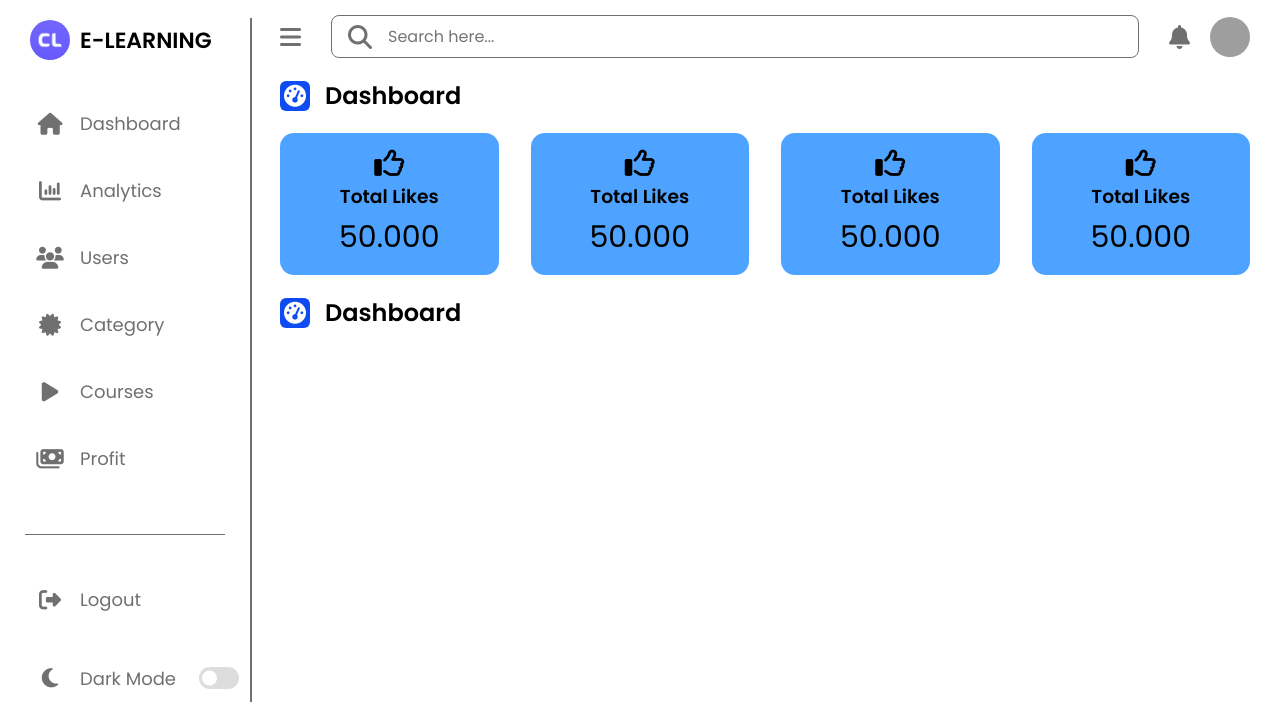
Repository: phamngocthang/practice-html-css
Page: Admin/dist/index.html
The author's editor kept a copy of each file at every save. The page is drawn from the files as they stood at one save, then again after the next save.
The browser window is 1280 px wide. The pictures show the whole page.
Pictures or frames that could not be fetched are drawn as grey boxes. The style sheet was rebuilt from its Sass, Less or Tailwind sources for each picture, by a compiler version that may differ from the author's.

Above is the page before, as saved 2023-10-25 14:10:55.

After the next save:
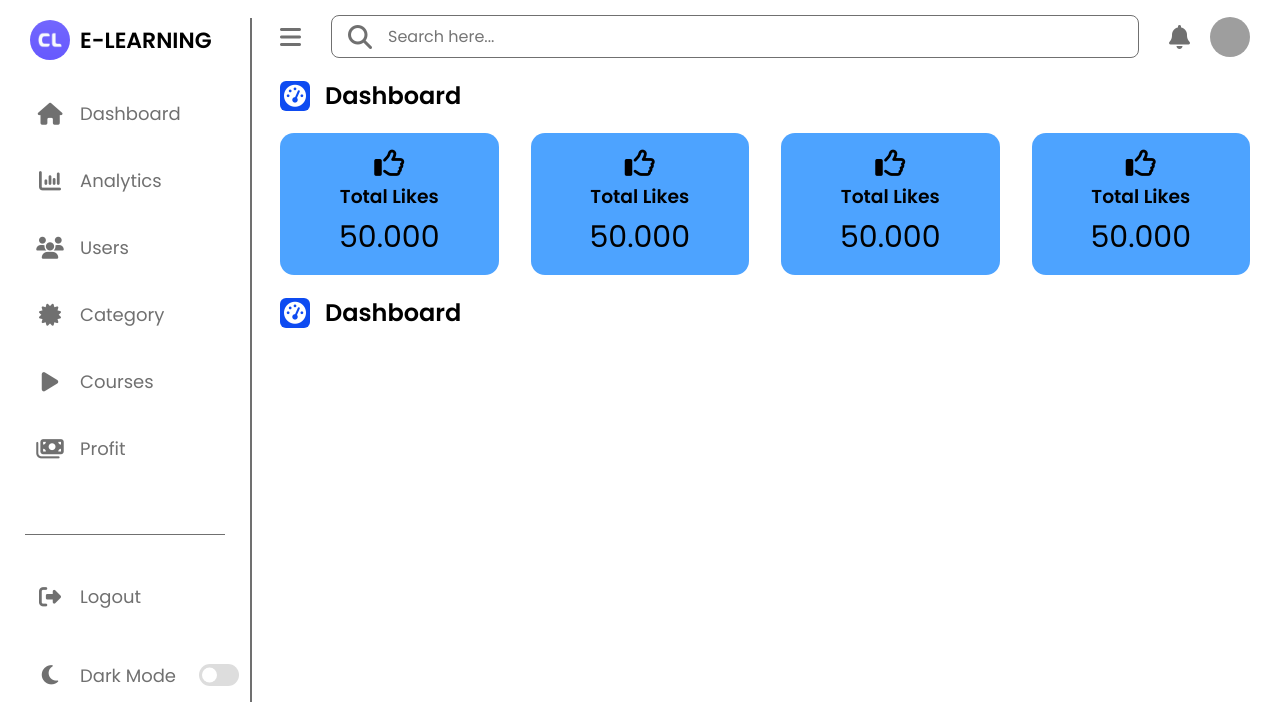
Saved 10 s later.
--- a/Admin/scss/main.scss
+++ b/Admin/scss/main.scss
@@ -80,7 +80,7 @@
 
     .menu {
         height: 100%;
-        padding: 10px 0px 30px 20px;
+        padding: 0px 0px 30px 20px;
         position: relative;
 
 

After the save that followed:
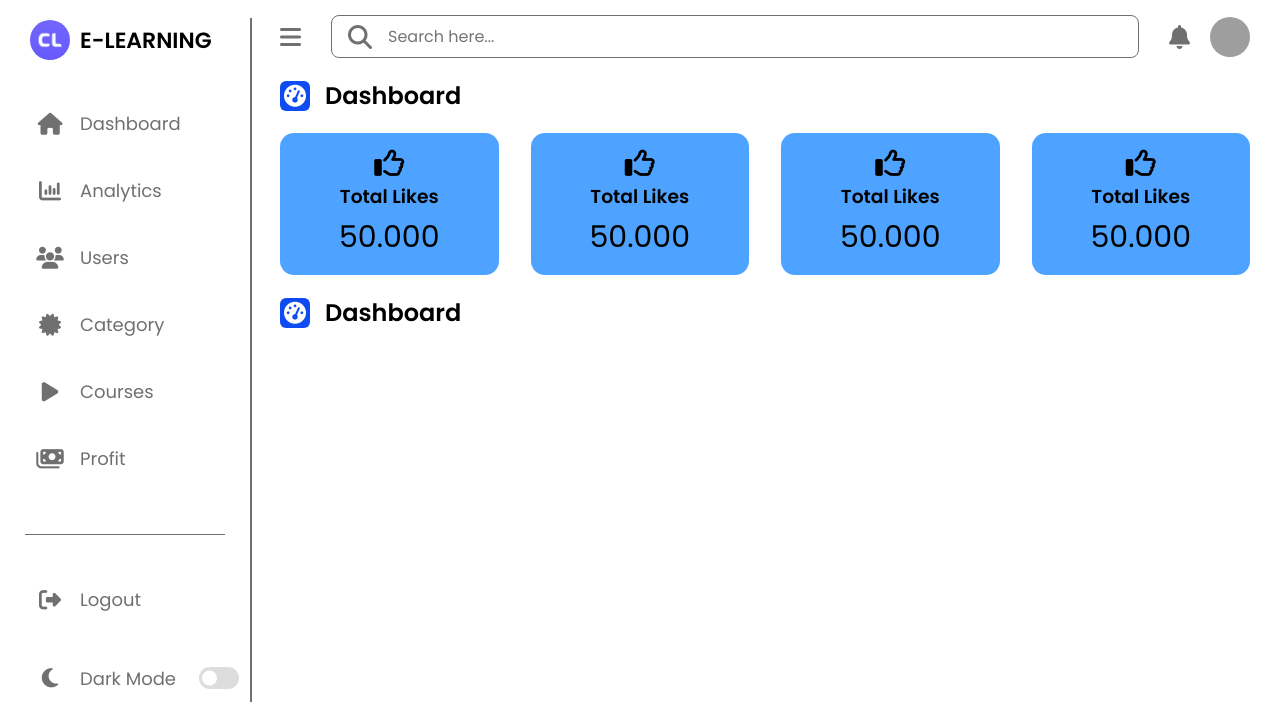
Saved 8 s later.
--- a/Admin/scss/main.scss
+++ b/Admin/scss/main.scss
@@ -80,7 +80,7 @@
 
     .menu {
         height: 100%;
-        padding: 0px 0px 30px 20px;
+        padding: 10px 0px 30px 20px;
         position: relative;
 
 
